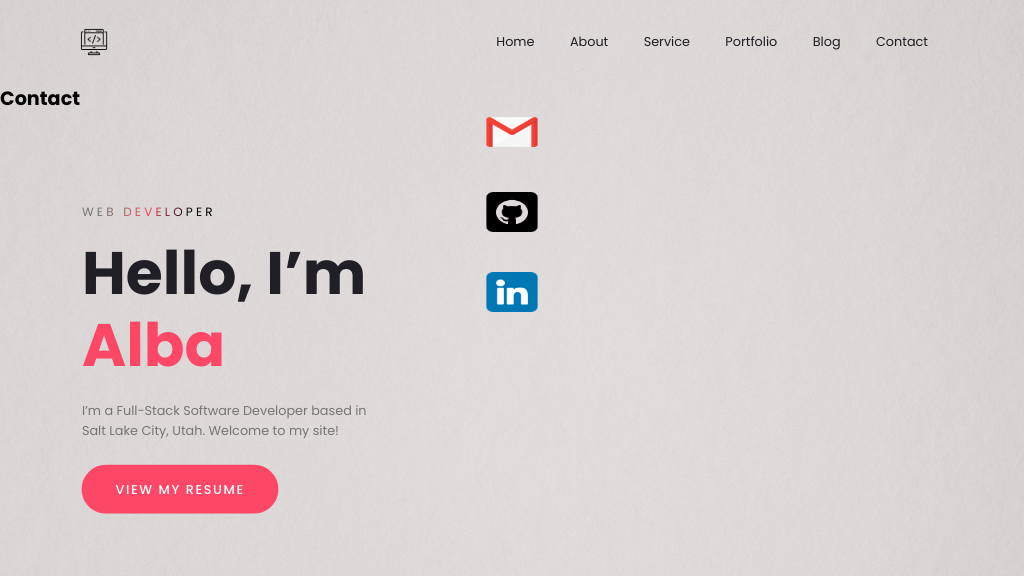
Repository: pilar122/port
Page: index.html
These files come from the project's save history. The page is drawn as it stood at one moment and after the next save; the edit follows.
The browser window is 1280 px wide. The pictures show the whole page, at 80% of full size.

Above is the page before, as saved 2022-01-31 19:06:40.

### index.html
<!DOCTYPE html>
<html lang="en">
<head>
    <meta charset="UTF-8">
    <title>Personal Portfolio Website</title>
    <!----CSS link----->
    <link rel="stylesheet" href="style.css">
</head>
<body>
    <div class="hero">
        <nav>
            <img src="./img/coding.png" class="logo">
            <ul>
                <li><a href="#">Home</a></li>
                <li><a href="#">About</a></li>
                <li><a href="#">Service</a></li>
                <li><a href="#">Portfolio</a></li>
                <li><a href="#">Blog</a></li>
                <li><a href="#contact">Contact</a></li>
            </ul>

        </nav>
        <div class="content">
            <span class="title">Web Developer</span>
            <h1>Hello, I’m <span>Alba</span></h1>
            <p>I’m a Full-Stack Software Developer based in Salt Lake City, Utah. Welcome to my site!</p>
            <a href="https://docs.google.com/document/d/1-5NqQs53X55snoyWaPBF-iuk-xL4VE2I0psmDuApD5Q/edit?usp=sharing" class="btn"> View my Resume</a>
        </div>

        <div class="text">
            <h2>Contact</h2>
            <ul>
                <a href="mailto:aurorapilarte@gmail.com">
                    <img src="/Users/albapilarte/Desktop/port/img/gmail.png" class="center1" width="50" height="50">
                </a>
                <br></br>
                  <a href="https://github.com/pilar122/">
                    <img src="/Users/albapilarte/Desktop/port/img/github.png" class="center2" width="50" height="50">
                  </a>
                  <br></br>
                  <a href="https://www.linkedin.com/in/alba-pilarte-8590471b7/">
                    <img src="/Users/albapilarte/Desktop/port/img/linkedin.png" class="center3" width="50" height="50">
                  </a>
                  <br></br>
            </ul>
        </div>
    </div>
</body>
</html>

### style.css
@import url('https://fonts.googleapis.com/css2?family=Poppins:wght@400;500;600;700&display=swap');
*{
    margin: 0;
    padding: 0;
    box-sizing: border-box;
    font-family: 'Poppins', sans-serif;
}
a{
    text-decoration: none;
}
.hero{
    width: 100%;
    height: 100vh;
    background: url(img/bg1.jpg);
    background-size: cover;
}
nav{
    display: flex;
    align-items: center;
    justify-content: space-between;
    padding: 30px 100px;
}
.logo{
    max-height: 35px;
}
nav ul li{
    list-style: none;
    display: inline-block;
    padding: 10px 20px;
}
nav ul li a{
    color: #1d1d24;
    position: relative;
    padding: 5px 0;
}
nav ul li a:hover{
    color: #fd4766;
}
nav ul li a:after{
    content: "";
    position: absolute;
    left: 0;
    width: 0;
    height: 3px;
    background: #fd4766;
    transition: .3s;
    bottom: 0;
}
nav ul li a:hover:after{
    width: 100%;
}
.btn{
    color: #fff;
    font-size: 16px;
    text-transform: uppercase;
    letter-spacing: 2px;
    padding: 16px 40px;
    border-radius: 500px;
    display: inline-block;
    font-weight: 500;
    transition: all .4s ease-in-out;
    background-size: 152% 100%;
    background: #fd4766;
    border: 2px solid #fd4766;
}
.btn:hover{
    background: transparent;
    border-color: #fd4766;
    color: #fd4766;
}
.content{
    position: absolute;
    top: 35%;
    left: 8%;
}
.content .title{
    color: #1f1f25;
    font-size: 15px;
    text-transform: uppercase;
    letter-spacing: 4px;
    display: inline-block;
    margin-bottom: 20px;
    background: linear-gradient(120deg, #757575 20.69%, #fd4755 50.19%,#000000 79.69%);
    -webkit-background-clip: text;
    -webkit-text-fill-color: transparent;
}
.content h1{
    color: #1f1f25;
    font-size: 75px;
    font-weight: 900;
    line-height: 90px;
    text-transform: inherit;
    width: 70%;
}
.content h1 span{
    color: #fd4766;
}
.content p{
    width: 55%;
    color: #757575;
    margin-top: 25px;
    margin-bottom: 30px;
}
.contact .section-title{
    color: #fd4766;
    text-align: center;
    font-size: large;
    letter-spacing: 4px;
}
.contact{
    width: 100%;
    height: 100vh;
    background: url(img/bg1.jpg);
    background-size: cover;
}
.center1 {
  display: block;
  margin-left: auto;
  margin-right: auto;
  width: 5%;
}
.center2 {
  display: block;
  margin-left: auto;
  margin-right: auto;
  width: 5%;
}
.center3 {
  display: block;
  margin-left: auto;
  margin-right: auto;
  width: 5%;
}

After the next save:
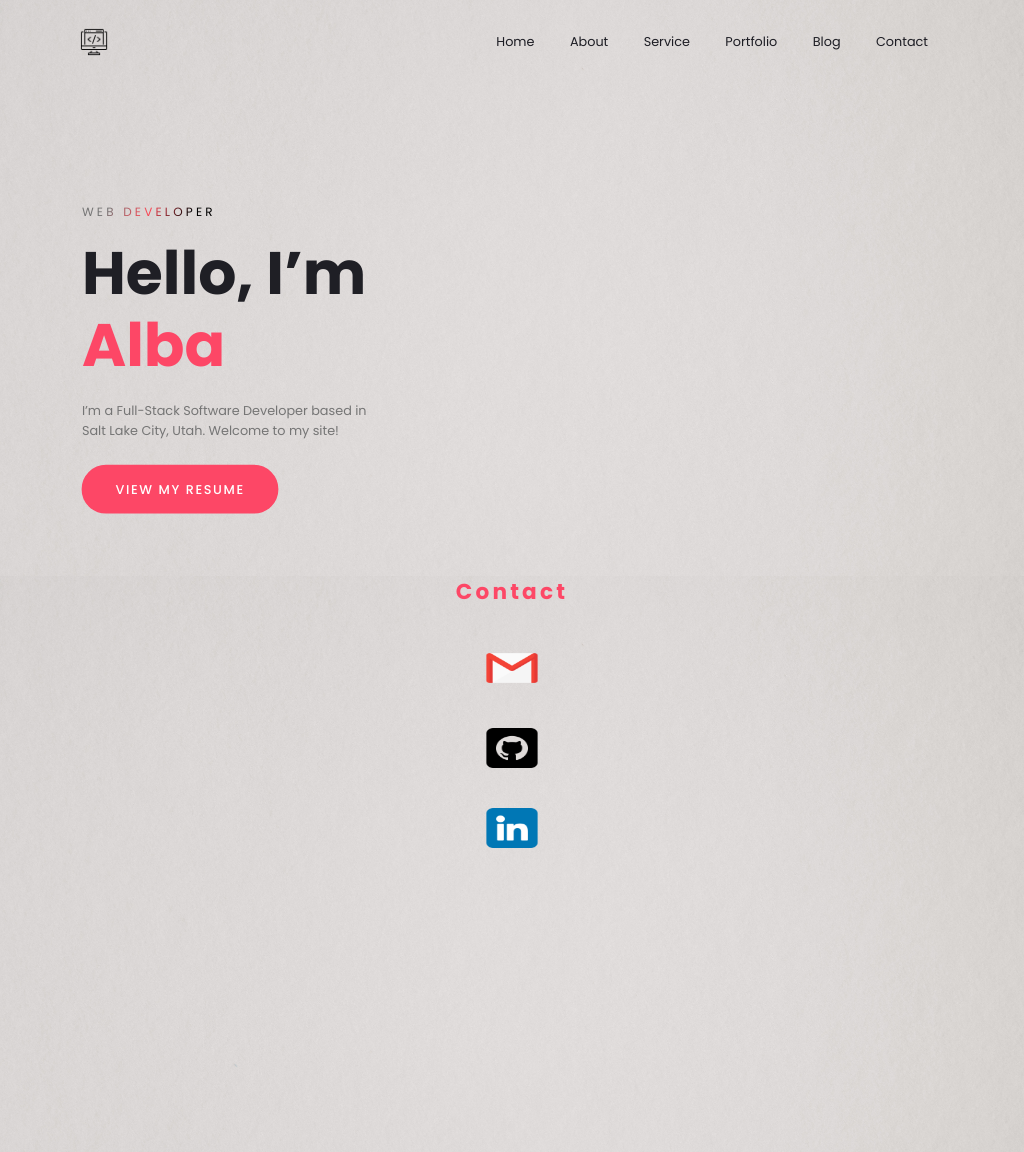
Saved 29 s later.
--- a/index.html
+++ b/index.html
@@ -26,9 +26,13 @@
             <p>I’m a Full-Stack Software Developer based in Salt Lake City, Utah. Welcome to my site!</p>
             <a href="https://docs.google.com/document/d/1-5NqQs53X55snoyWaPBF-iuk-xL4VE2I0psmDuApD5Q/edit?usp=sharing" class="btn"> View my Resume</a>
         </div>
-
+    </div>
+    <section class="contact">
+        <div class="section-title" id="contact">
+            <h2>Contact</h2>
+        </div>
+        <br></br>
         <div class="text">
-            <h2>Contact</h2>
             <ul>
                 <a href="mailto:aurorapilarte@gmail.com">
                     <img src="/Users/albapilarte/Desktop/port/img/gmail.png" class="center1" width="50" height="50">
@@ -44,6 +48,6 @@
                   <br></br>
             </ul>
         </div>
-    </div>
+    </section>
 </body>
 </html>
